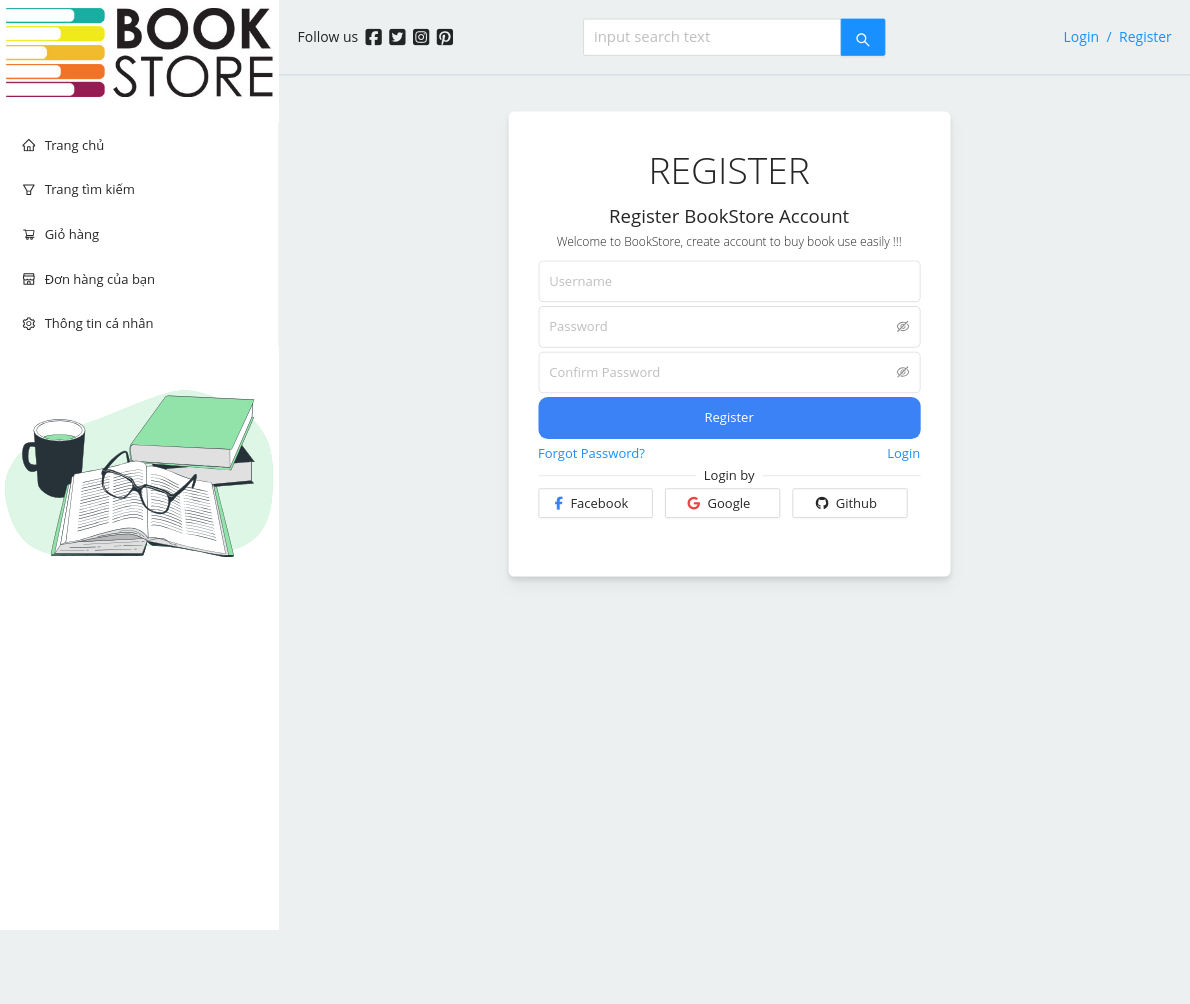
Repository: truongnguyenuit/DoAnCN
Page: /register (app in client/)
These files come from the project's save history. The page is drawn as it stood at one moment and after the next save; the edit follows.
The browser window is 1280 px wide. The pictures show the whole page, at 93% of full size.
Some web libraries are served in a nearby version. The project was rebuilt for these pictures with package versions that can differ from the ones it lists, and the page was loaded fresh each time. Also part of the build but not shown: client/src/pages/AuthLoginPage.jsx, client/src/pages/AuthLogoutPage.jsx, client/src/pages/CartPage.jsx, client/src/pages/HomePage.jsx, client/src/pages/settingPage.jsx, client/src/pages/OderPage.jsx, client/src/pages/SearchPage.jsx, client/src/router/protectedRouter.js.

Above is the page before, as saved 2022-09-22 21:58:49.

### client/public/index.html
<!DOCTYPE html>
<html lang="en">
  <head>

    <meta charset="utf-8" />
    <meta name="viewport" content="width=device-width, initial-scale=1" />
    <meta
      name="description"
      content="Web site created using create-react-app"
    />
    <style>
      *{
        font-family: 'Open Sans', sans-serif;
        margin: 0;
      }
    </style>
    <script src="https://kit.fontawesome.com/cd2089affa.js" crossorigin="anonymous"></script>
    <title>BookStore Website</title>

  </head>
  <body>

    <noscript>You need to enable JavaScript to run this app.</noscript>
    <div id="root"></div>

  </body>
</html>

### client/src/index.js
import React from 'react';
import ReactDOM from 'react-dom/client';
import './index.css';
import App from './App';
import 'antd/dist/antd.min.css'

const root = ReactDOM.createRoot(document.getElementById('root'));
root.render(
  <React.StrictMode>
    <App />
  </React.StrictMode>
);

### client/src/App.js
import { BrowserRouter, Route, Routes } from "react-router-dom";
import { configRouter } from './router/configRouter';

import TopBarComponent from "./components/TopBarComponent";
import LeftBarComponent from "./components/LeftBarComponent";

import ProtectedRoute from "./router/protectedRouter";

function App() {


  return (
    <div>
      <BrowserRouter>
        <div className="fixed top-0 z-20">
          <LeftBarComponent />
        </div>
        <div className="fixed top-0 left-[300px] right-0 z-10">
          <TopBarComponent />
        </div>
        <div className="mt-[50px]"></div>
        <Routes>
          {configRouter.map((item, index) => {
            return (
              <Route
                key={index}
                path={item.path}
                element={item.page}
              // <ProtectedRoute protect={item.private}>
              // </ProtectedRoute>
              />
            );
          })}

        </Routes>

      </BrowserRouter>
    </div>
  );
}

export default App;

### client/src/router/configRouter.js
import AuthLoginPage from "../pages/AuthLoginPage";
import AuthRegisterPage from "../pages/AuthRegisterPage";
import AuthLogoutPage from "../pages/AuthLogoutPage";

import CartPage from "../pages/CartPage";
import HomePage from "../pages/HomePage";
import SettingPage from "../pages/settingPage";
import OderPage from "../pages/OderPage";
import SearchPage from "../pages/SearchPage";

import { pathName } from "./pathName";

export const configRouter=[
  {
    path: pathName.login,
    page: <AuthLoginPage/>,
    private: false,
  },
  {
    path: pathName.register,
    page: <AuthRegisterPage/>,
    private: false,
  },
  {
    path: pathName.logout,
    page: <AuthLogoutPage/>,
    private: true,
  },
  {
    path: pathName.cart,
    page: <CartPage/>,
    private: false,
  },
  {
    path: pathName.home,
    page: <HomePage/>,
    private: false,
  },
  {
    path: pathName.oder,
    page: <OderPage/>,
    private: false,
  },
  {
    path: pathName.search,
    page: <SearchPage/>,
    private: false,
  },
  {
    path: pathName.setting,
    page: <SettingPage/>,
    private: false,
  },

]

### client/src/components/TopBarComponent.js
import { Link } from "react-router-dom";
import { Row, Col, Button, Input, Modal } from "antd"
import { pathName } from '../router/pathName';
import React, { useState, useContext } from 'react';

import { useFormik } from 'formik';
import * as Yup from "yup";

const { Search } = Input

const NavigateRouter = [
  {
    path: 'asdasdasd',
    name: "Thời sự",
  },

];

const TopBarComponent = () => {

  return (

    <div className="bg-[#ecf0f1] border-b border-slate-300">
      <Row>

        <Col span={8}>
          <div className="flex justify-start items-center text-[20px] gap-2 h-20 ml-[20px]">
          <span className="text-[15px]">Follow us</span>
            <i className="fa-brands fa-facebook-square cursor-pointer"></i>
            <i className="fa-brands fa-twitter-square cursor-pointer"></i>
            <i className="fa-brands fa-instagram-square cursor-pointer"></i>
            <i className="fa-brands fa-pinterest-square cursor-pointer"></i>
          </div>
        </Col>

        <Col span={8}>
          <div className="flex justify-center items-center text-[20px] h-20">
            <Search size="large" placeholder="input search text" onSearch={''} enterButton />
          </div>
        </Col>

        <Col span={8}>
          <div className="flex justify-end items-center text-[15px] gap-2 h-20 mr-[20px]">
            <Link to={pathName.login}>
              Login
            </Link>
            <span className="text-[#1890ff]">/</span>
            <Link to={pathName.register}>
              Register
            </Link>
          </div>
        </Col>

      </Row>
    </div>
  )
}

export default TopBarComponent

### client/src/components/LeftBarComponent.js
import React from 'react'
import logo from '../logo.jpg'
import { pathName } from '../router/pathName';
import { Menu } from 'antd';
import { Link } from 'react-router-dom';
import {
  SettingOutlined,
  ShoppingCartOutlined,
  FilterOutlined,
  HomeOutlined,
  ShopOutlined
} from '@ant-design/icons'
import bookPicture from "../book.svg"

const LeftBarComponent = () => {
  const handleClick = e => {

  }
  return (
    <div className='bg-white h-[1000px]'>
      <div className=" w-[300px] flex items-center justify-start mb-5">
        <img className='w-[300px] object-cover' src={logo}></img>
      </div>
      <Menu
        onClick={handleClick}
        style={{ width: 300 }}
        mode="inline"
        theme="light"

      >
        <Menu.Item icon={<HomeOutlined />} key="dashboard">
          <Link to={pathName.home}>Trang chủ</Link>
        </Menu.Item>
        <Menu.Item icon={<FilterOutlined />} key="category">
          <Link to={pathName.search}>Trang tìm kiếm</Link>
        </Menu.Item>
        <Menu.Item icon={<ShoppingCartOutlined />} key="cart">
          <Link to={pathName.cart}>Giỏ hàng</Link>
        </Menu.Item>
        <Menu.Item icon={<ShopOutlined />} key="oder">
          <Link to={pathName.oder}>Đơn hàng của bạn</Link>
        </Menu.Item>
        <Menu.Item icon={<SettingOutlined />} key="setting">
          <Link to={pathName.setting}>Thông tin cá nhân</Link>
        </Menu.Item>
      </Menu>
      <div className="mt-[40px]">
        <img src={bookPicture} alt="" />
      </div>

    </div>
  )
}

export default LeftBarComponent

### client/src/pages/AuthRegisterPage.jsx
import React from 'react'
import { pathName } from '../router/pathName';
import { Link } from 'react-router-dom';
import { registerUser } from '../redux/authAPI';
import { Button, Input, Row, Col } from "antd";

import { useFormik } from "formik"
import * as Yup from "yup"

const AuthRegisterPage = () => {
  const formik = useFormik({
    initialValues: {
      username: "",
      password: "",
      confirmPassword: ""
    },
    validationSchema: Yup.object({
      username: Yup.string().required("Required").min(4, "Must be 4 character or more"),
      password: Yup.string().required("Required").min(4, "Must be 4 character or more"),
      confirmPassword: Yup.string().required("Required").min(4, "Must be 4 character or more")
    }),
    onSubmit: async (values) => {
      console.log("ok")
      // if (values.password !== values.confirmPassword) {
      //   alert("Confirm password don't match password!")
      //   return
      // }
      // try {
      //   const registerData = await registerUser(values)
      //   alert(registerData.message)

      // } catch (error) {
      //   console.log(error)
      // }
    }
  })
  return (
    <div className='  mt-[80px] flex justify-center bg-[#ecf0f1] h-[1000px]'>

      <div className="bg-white w-[475px] flex flex-col items-center gap-0.5 drop-shadow-lg p-8 mt-10 ml-72 h-[500px] rounded-md">

        <span className="text-[40px] font-thin">
          REGISTER
        </span>
        <span className="text-[20px] font-medium">
          Register BookStore Account
        </span>
        <span className="text-[13px] font-thin">
          Welcome to BookStore, create account to buy book use easily !!!
        </span>
        <div className="w-full h-[5px]" />

        <form onSubmit={formik.handleSubmit} className="flex flex-col gap-1 w-full">

          <Row>
            <div className="w-full h-full flex rounded-[5px] overflow-hidden">
              <Col span={24}>
                <Input
                  type="text"
                  placeholder="Username"
                  style={{
                    height: 45,
                    borderRadius: 5
                  }}

                  id="username"
                  name="username"
                  value={formik.values.username}
                  onChange={formik.handleChange}
                />
              </Col>
            </div>
          </Row>
          {formik.errors.username && (
            <p className='text-red-600 m-0'>{formik.errors.username}</p>
          )}

          <Row>
            <div className="w-full h-full flex rounded-[5px] overflow-hidden">
              <Col span={24}>
                <Input.Password
                  placeholder="Password"
                  visibilityToggle={true}
                  style={{
                    height: 45,
                    borderRadius: 5
                  }}

                  id="password"
                  name="password"
                  value={formik.values.password}
                  onChange={formik.handleChange}
                />
              </Col>
            </div>
          </Row>
          {formik.errors.password && (
            <p className='text-red-600 m-0'>{formik.errors.password}</p>
          )}

          <Row>
            <div className="w-full h-full flex rounded-[5px] overflow-hidden">
              <Col span={24}>
                <Input.Password
                  placeholder="Confirm Password"
                  visibilityToggle={true}
                  style={{
                    height: 45,
                    borderRadius: 5
                  }}

                  id="confirmPassword"
                  name="confirmPassword"
                  value={formik.values.confirmPassword}
                  onChange={formik.handleChange}
                />
              </Col>
            </div>
          </Row>
          {formik.errors.confirmPassword && (
            <p className='text-red-600 m-0'>{formik.errors.confirmPassword}</p>
          )}

          <Row>
            <Col span={24}>
              <button
                type="submit"
                className="bg-blue-500 w-full h-[45px] text-white rounded-[10px]"
              >
                Register
              </button>
            </Col>
          </Row>

          <Row>
            <Col span={24}>
              <div className="w-full flex justify-between">
                <Link to={''}>Forgot Password?</Link>
                <Link to={pathName.login}>Login</Link>
              </div>
            </Col>
          </Row>

          <div className="w-full h-[5px]" />

          <Row>
            <Col span={24}>
              <div className="w-full h-[1px] p-0 bg-gray-200 relative">
                <p className="absolute top-0 left-[50%] translate-x-[-50%] translate-y-[-50%] px-2 bg-white">
                  Login by
                </p>
              </div>
            </Col>
          </Row>
          <div className="w-full h-[5px]" />

          <Row>
            <Col span={8}>
              <Button style={{ width: "90%" }}>
                <i className="fa-brands fa-facebook-f text-blue-500"></i>
                <span className="px-2">Facebook</span>
              </Button>
            </Col>
            <Col span={8}>
              <Button style={{ width: "90%" }}>
                <i className="fa-brands fa-google text-red-500"></i>
                <span className="px-2">Google</span>
              </Button>
            </Col>
            <Col span={8}>
              <Button style={{ width: "90%" }}>
                <i className="fa-brands fa-github"></i>
                <span className="px-2">Github</span>
              </Button>
            </Col>
          </Row>

        </form>
      </div>

    </div>
  )
}

export default AuthRegisterPage

### client/src/router/pathName.js
export const pathName = {

  login: "/login",
  register: "/register",
  logout: "/logout",

  home: "/home",
  search: "/search",
  cart: "/cart",
  oder: "/oder",
  setting: "/setting"
}

### client/src/redux/authAPI.js
import axios from 'axios'

export const registerUser = async userForm => {
  try {
    const response = await axios.post(`http://localhost:5000/api/auth/register`, userForm)
    // if (response.data.success)
    //   localStorage.setItem('LocalStorageTokenName', response.data.accessToken)

    // await loadUser()
    return response.data

  } catch (error) {
    if (error.response.data) return error.response.data
    else return { success: false, message: error.message }
  }
}

### client/tailwind.config.js
/** @type {import('tailwindcss').Config} */
module.exports = {
  content: ["./src/**/*.{html,js,jsx,ts}"],
  theme: {
    extend: {},
  },
  plugins: [],
}

Loaded but not shown: client/src/index.css (common file)

After the next save:
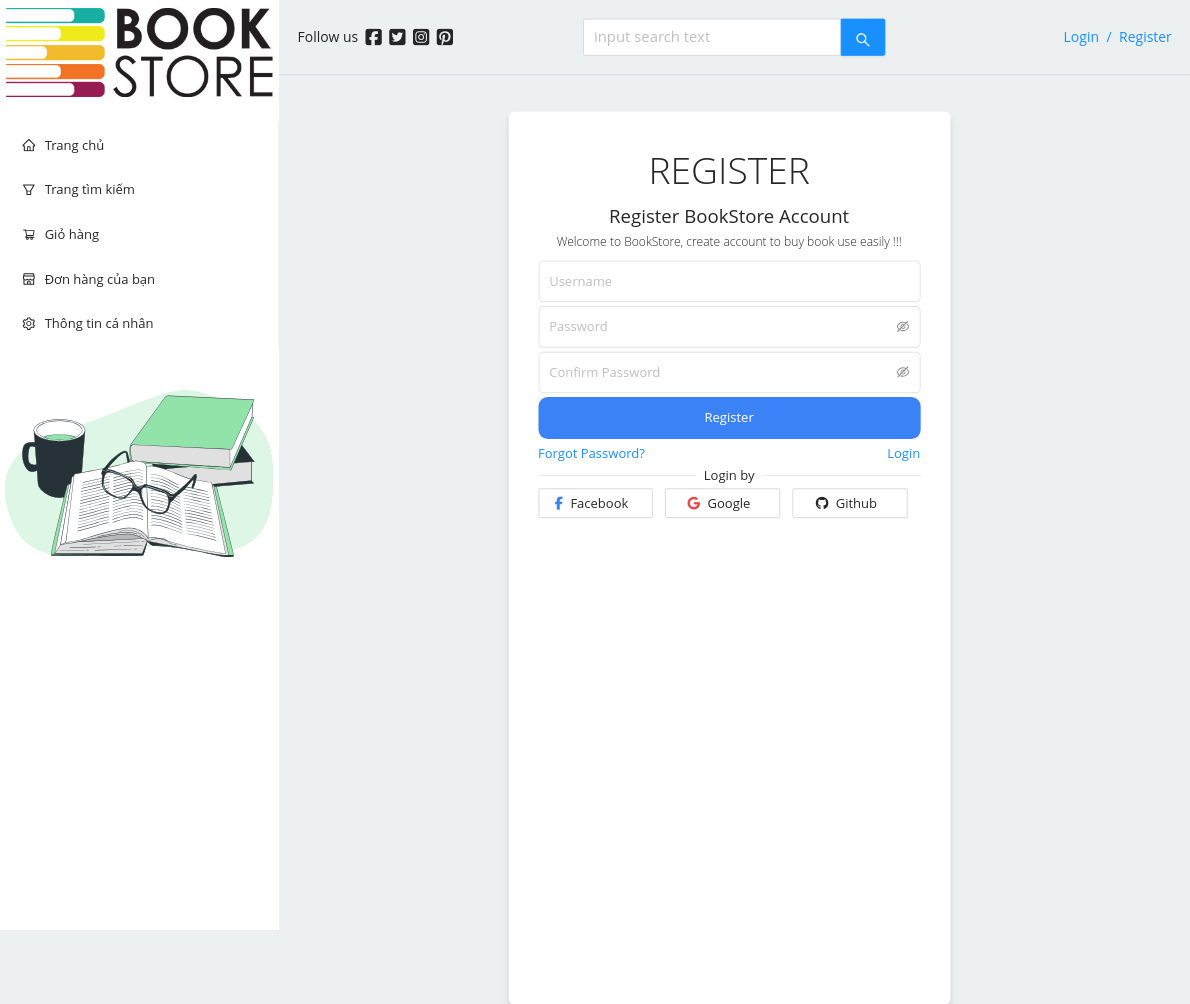
Saved 9 s later.
--- a/client/src/pages/AuthRegisterPage.jsx
+++ b/client/src/pages/AuthRegisterPage.jsx
@@ -37,7 +37,7 @@
   return (
     <div className='  mt-[80px] flex justify-center bg-[#ecf0f1] h-[1000px]'>
 
-      <div className="bg-white w-[475px] flex flex-col items-center gap-0.5 drop-shadow-lg p-8 mt-10 ml-72 h-[500px] rounded-md">
+      <div className="bg-white w-[475px] flex flex-col items-center gap-0.5 drop-shadow-lg p-8 mt-10 ml-72  rounded-md">
 
         <span className="text-[40px] font-thin">
           REGISTER

After the save that followed:
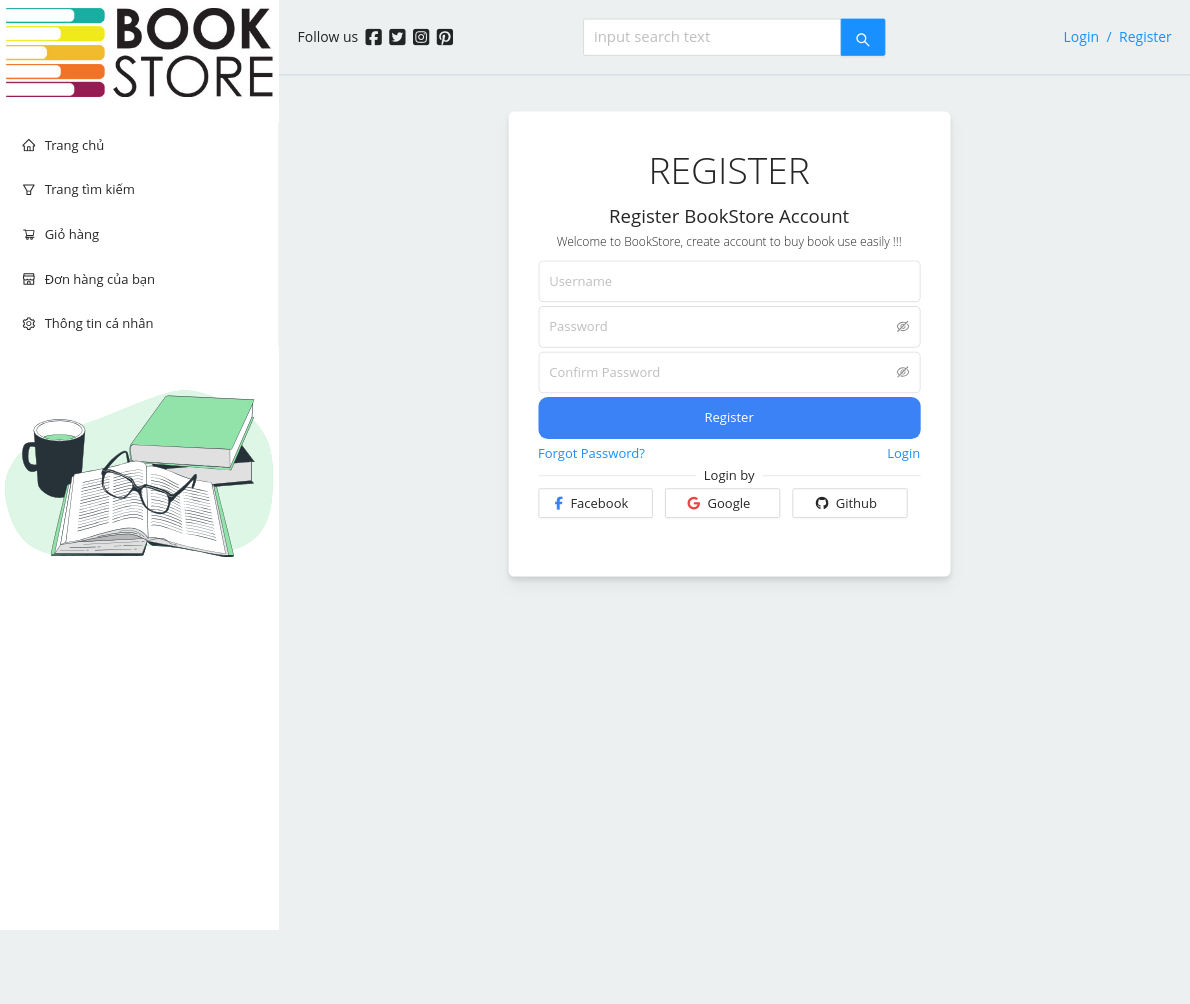
Saved 4 s later.
--- a/client/src/pages/AuthRegisterPage.jsx
+++ b/client/src/pages/AuthRegisterPage.jsx
@@ -37,7 +37,7 @@
   return (
     <div className='  mt-[80px] flex justify-center bg-[#ecf0f1] h-[1000px]'>
 
-      <div className="bg-white w-[475px] flex flex-col items-center gap-0.5 drop-shadow-lg p-8 mt-10 ml-72  rounded-md">
+      <div className="bg-white w-[475px] flex flex-col items-center gap-0.5 drop-shadow-lg p-8 mt-10 ml-72 h-[500px] rounded-md">
 
         <span className="text-[40px] font-thin">
           REGISTER
